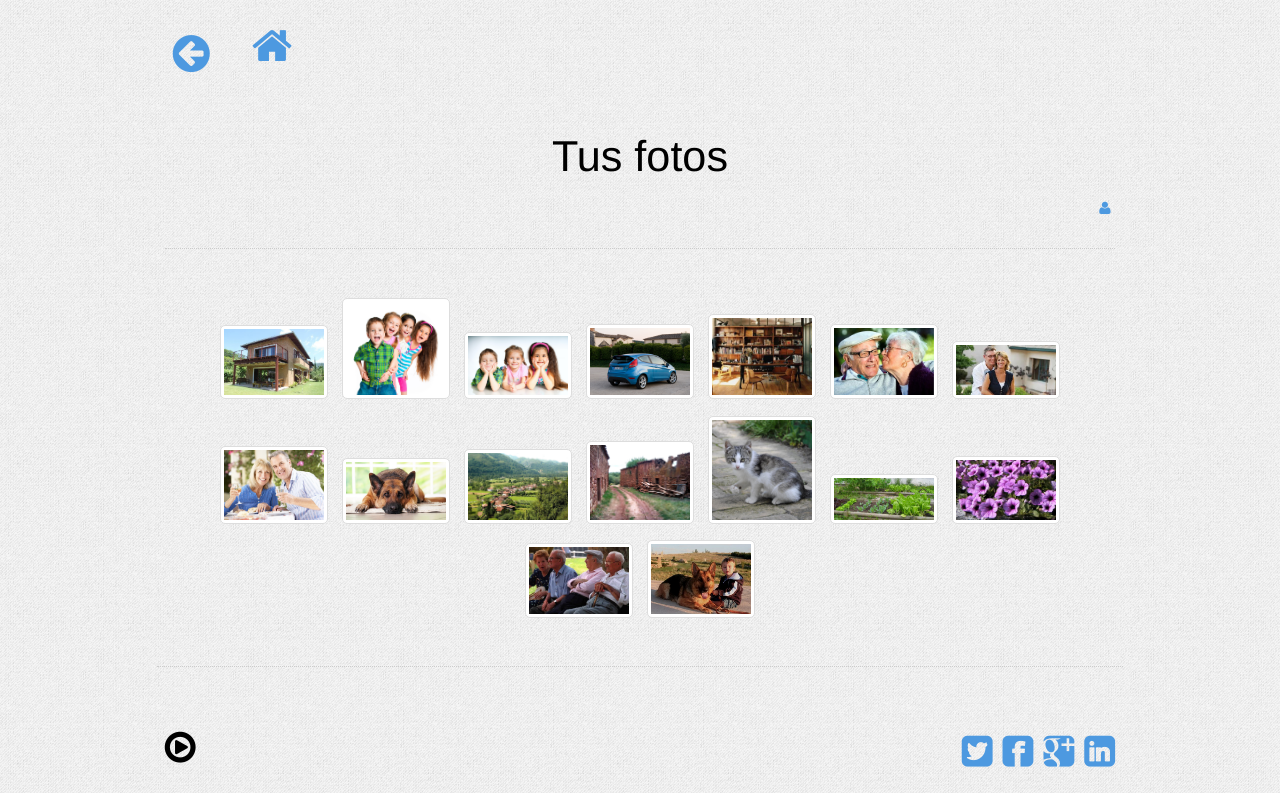
Repository: SCeruso/RememberMe
Page: presentacion_imagenes.html
The author's editor kept a record of every edit. The page is drawn from the files as they stood at one moment, then again after the next edit.
The browser window is 1280 px wide. The pictures show the whole page.
Some web libraries are served in a nearby version.

Above is the page before.

After the next edit:
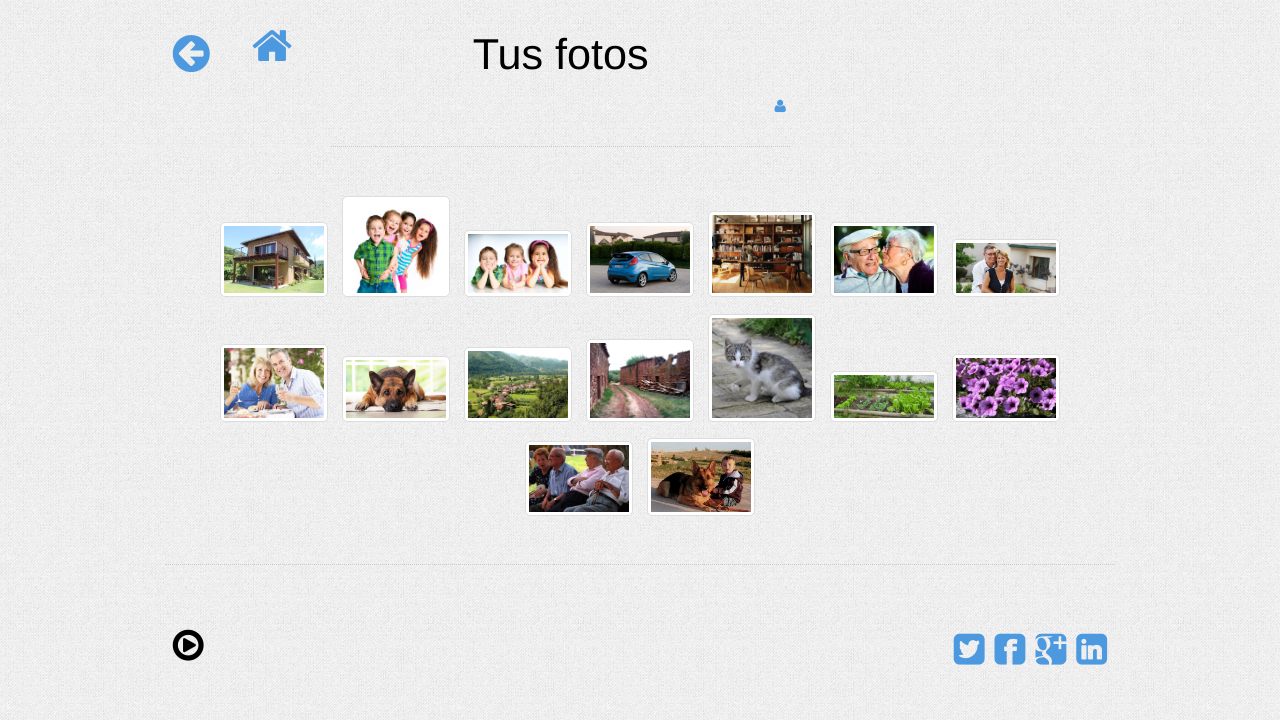
The edit:
--- a/presentacion_imagenes.html
+++ b/presentacion_imagenes.html
@@ -31,9 +31,7 @@
                     <i class="icon-home pull-left"></i>
                 </a>
         </h2></div>
-
-    </div>
-	<div class="col_12">
+		<div class="col_6">
             <h2 class="center">
         	        <p>Tus fotos</p>
         	    </h2>
